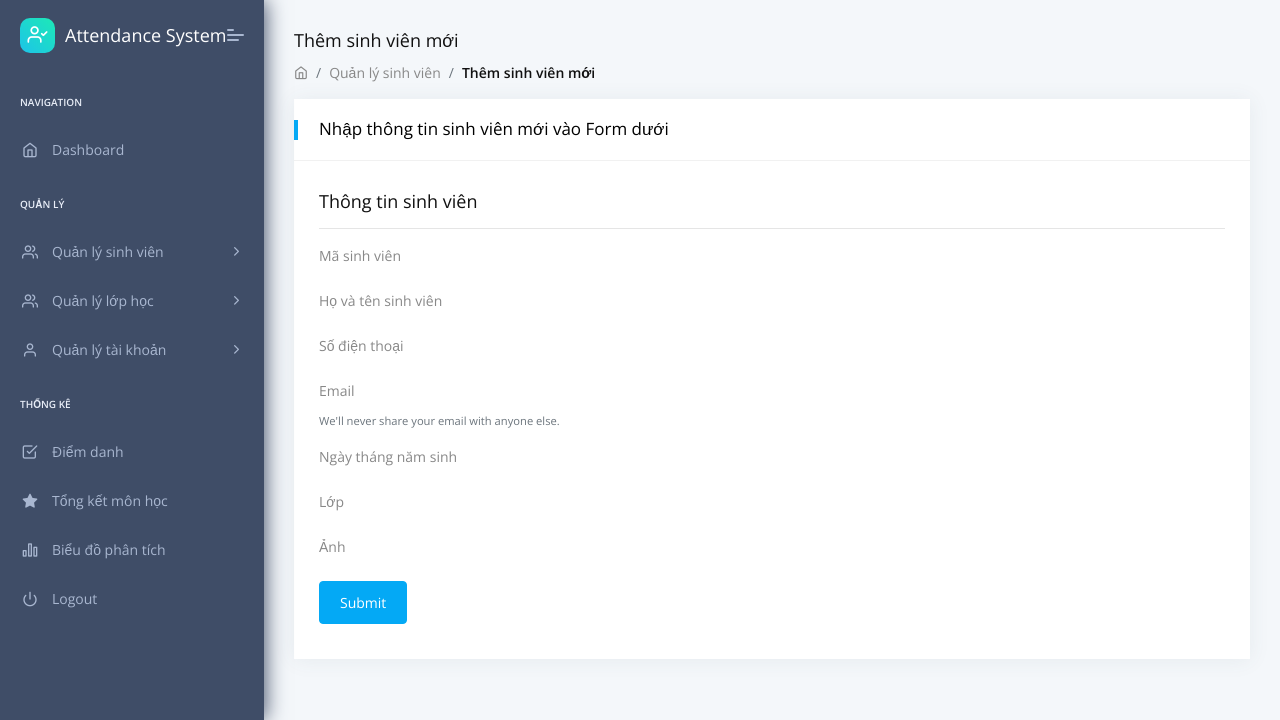
Repository: nguyen-tien-tai12112001/Python_Face_Recognition_Attendance
Page: apps/templates/home/add-student.html
These files come from the project's save history. The page is drawn as it stood at one moment and after the next save; the edit follows.
The browser window is 1280 px wide. The pictures show the whole page.
The template is drawn by Flask 3. The application's start-up code is not run. The template is opened directly, without the code that normally fills it, so the values that code supplies are empty.

Above is the page before, as saved 2022-02-28 14:48:48.

After the next save:
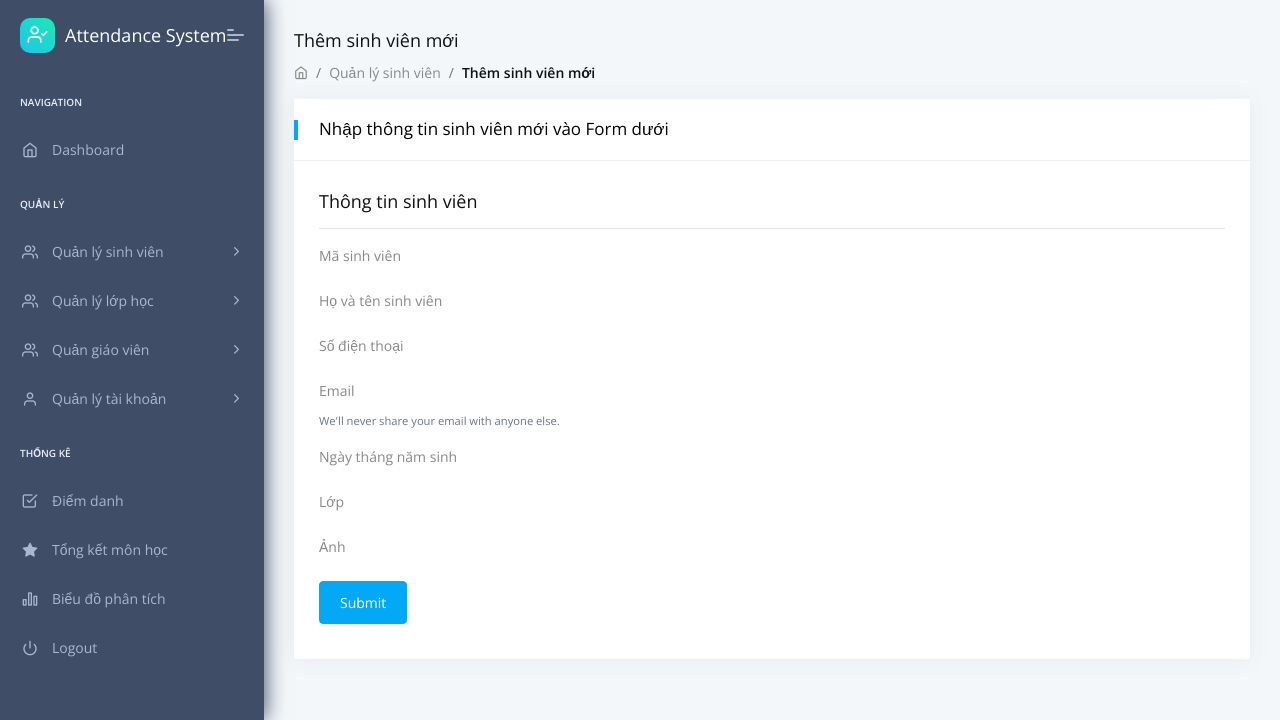
Saved 91 s later.
--- a/apps/templates/includes/sidebar-admin.html
+++ b/apps/templates/includes/sidebar-admin.html
@@ -41,6 +41,15 @@
                         </ul>
                     </li>
 
+                    <li data-username="" class="nav-item pcoded-hasmenu">
+                        <a href="javascript:" class="nav-link "><span class="pcoded-micon"><i class="feather icon-users"></i></span><span class="pcoded-mtext">Quản giáo viên</span></a>
+                        <ul class="pcoded-submenu">
+                            <li class=""><a href="/list-class.html" class="">Danh sách lớp học</a></li>
+                            <li class=""><a href="/add-class.html" class="">Tạo lớp</a></li>
+
+                        </ul>
+                    </li>
+
 
 
                     <li data-username="" class="nav-item pcoded-hasmenu">
